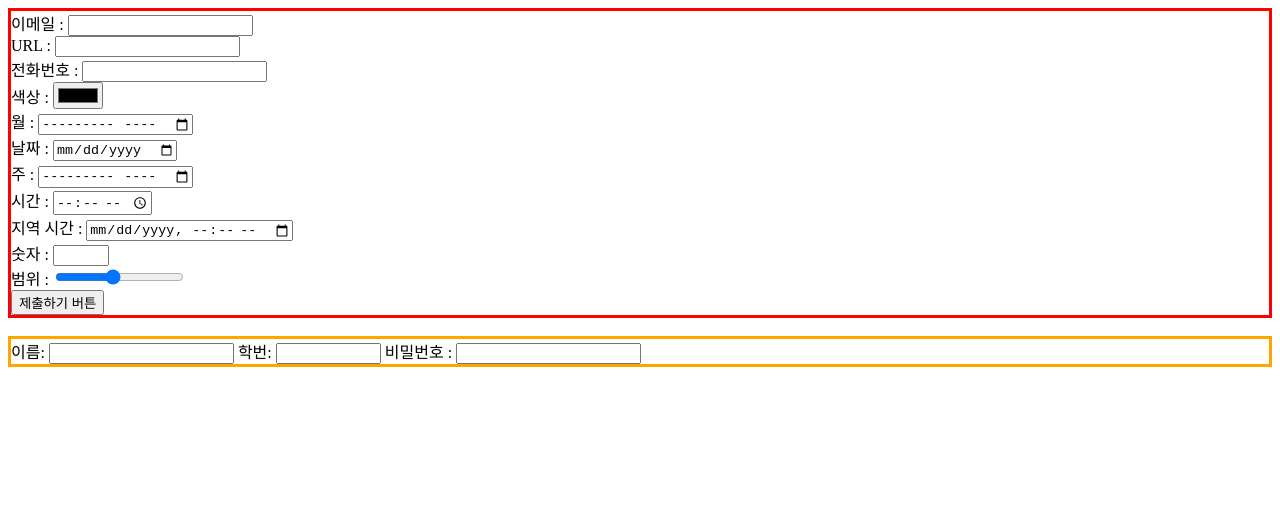
Repository: dhbaek2004/JSPex
Page: http://localhost/UX/InputForm.jsp
An editor plug-in stored every save of this project. The page is shown before and after the next save, followed by the edit.
The browser window is 1280 px wide. The pictures show the whole page.
The page is served by Tomcat 9.

Above is the page before, as saved 2020-08-26 14:56:05.

### Infrearn/UX/UX/WebContent/InputForm.jsp
<%@ page language="java" contentType="text/html; charset=EUC-KR"
    pageEncoding="EUC-KR"%>
<!DOCTYPE html>
<html>
<head>
<meta charset="EUC-KR">
<title>Insert title here</title>
</head>
<body>
	<form action="input.jsp" method="post">
		<div style="border:3px solid red;">
			이메일 : <input type="email" name="email"> <br>
			URL : <input type="url" name="url"> <br>
			전화번호 : <input type="tel" name="tel"> <br>
			색상 : <input type="color" name="color"> <br>
			월 : <input type="month" name="month"> <br>
			날짜 : <input type="date" name="date"> <br>
			주 : <input type="month" name="week"> <br>
			시간 : <input type="time" name="time"> <br>
			지역 시간 : <input type="datetime-local" name="localdatetime"> <br>
			숫자 : <input type="number" name="number" min="1" max="10" step="2"> <br>
			범위 : <input type="range" name="range" min="1" max="10" step="2"> <br>

			<input type="submit" value="제출하기 버튼" name="button1">
		</div>

		<br>

		<div style="border:3px solid orange;">
			이름: <input type="text" name="name">
			학번: <input type="text" name="number" size="10">

			비밀번호 : <input type="password" name="password">
		</div>


	</form>

</body>
</html>

After the next save:
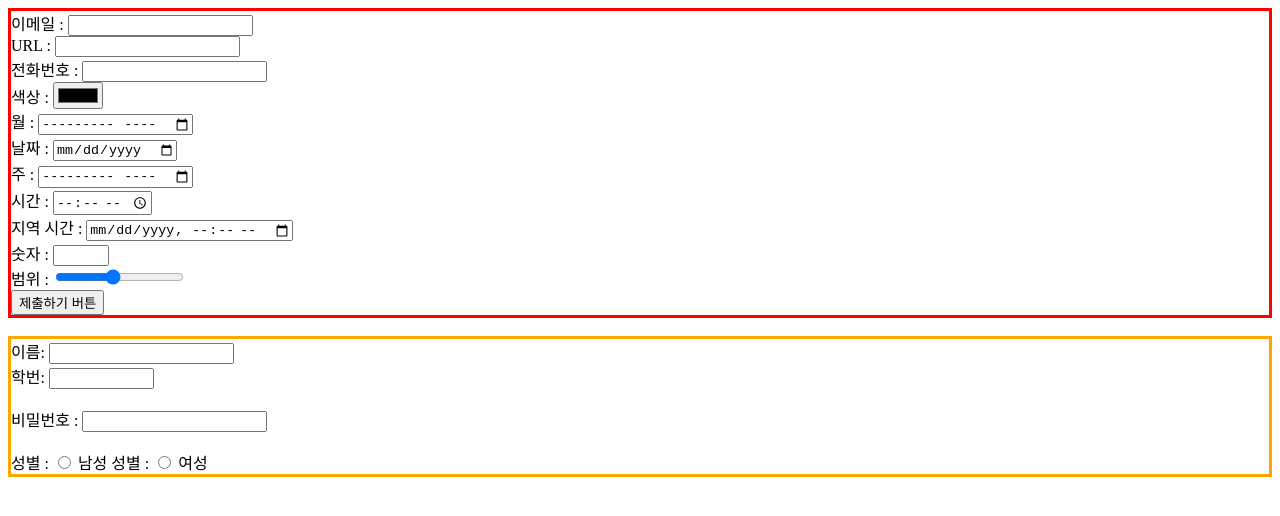
Saved 64 s later.
--- a/Infrearn/UX/UX/WebContent/InputForm.jsp
+++ b/Infrearn/UX/UX/WebContent/InputForm.jsp
@@ -27,10 +27,13 @@
 		<br>
 
 		<div style="border:3px solid orange;">
-			이름: <input type="text" name="name">
-			학번: <input type="text" name="number" size="10">
-
-			비밀번호 : <input type="password" name="password">
+			이름: <input type="text" name="name"> <br>
+			학번: <input type="text" name="number" size="10"> <br>
+			<br>
+			비밀번호 : <input type="password" name="password"> <br>
+			<br>
+			성별 : <input type="radio" name="gender" value="male"> 남성
+			성별 : <input type="radio" name="gender" value="female"> 여성
 		</div>
 
 
